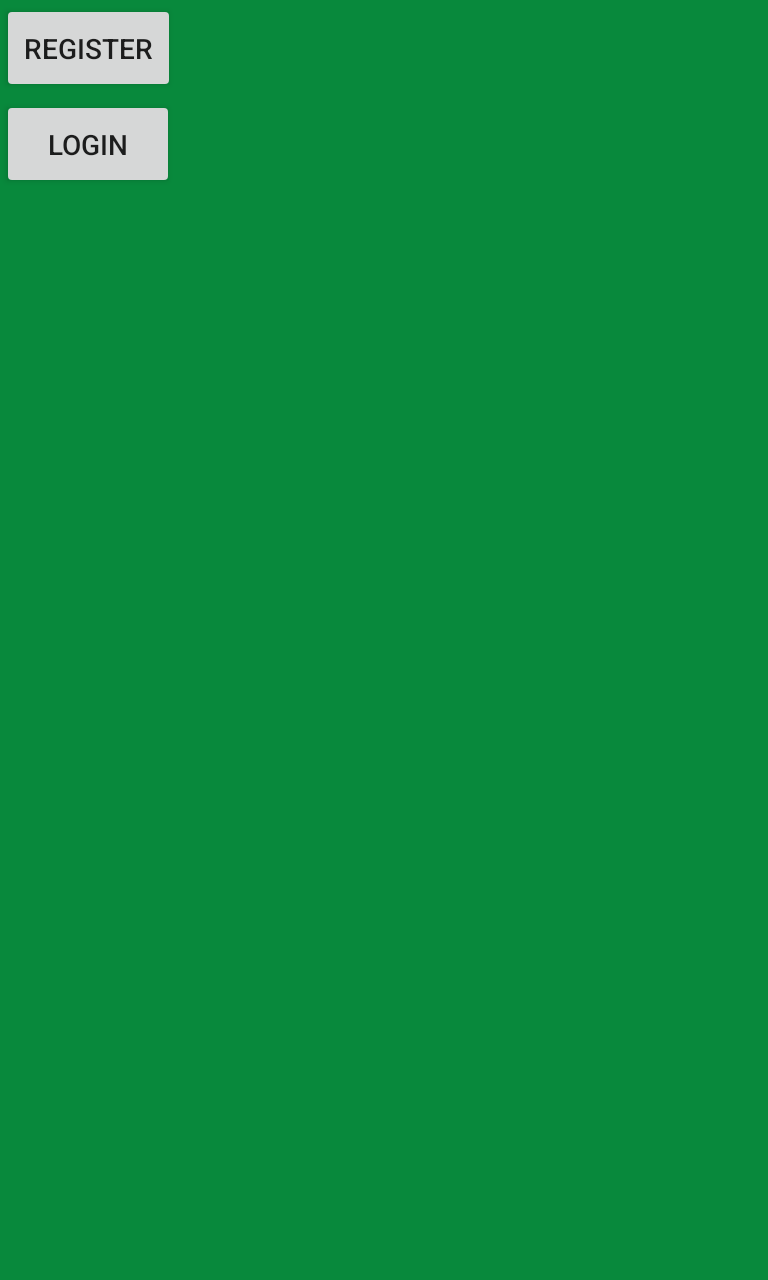
Repository: janemuthoni/icon
Layout: Exam/res/layout/welcome.xml
An editor plug-in stored every save of this project. The layout is shown before and after the next save, followed by the edit.
It is drawn on a 768 x 1280 px phone screen (xhdpi) without system bars, with theme AppTheme; the app's code is not run.

Above is the layout before, as saved 2014-08-07 07:51:33.

### Exam/res/layout/welcome.xml
<?xml version="1.0" encoding="utf-8"?>
<LinearLayout xmlns:android="http://schemas.android.com/apk/res/android"
    android:layout_width="match_parent"
    android:layout_height="match_parent"
    android:orientation="vertical"
    android:background="@color/greengrass">

    <Button
        android:id="@+id/buttonregister"
        android:layout_width="wrap_content"
        android:layout_height="wrap_content"
        android:text="@string/buttonregister" />

    <Button
        android:id="@+id/buttonlogin"
        android:layout_width="wrap_content"
        android:layout_height="wrap_content"
        android:text="@string/buttonLogin" />

</LinearLayout>

### Exam/res/values/color.xml
<?xml version="1.0" encoding="utf-8"?>
<resources>
     <color name="grey">#A49F99</color>
      <color name="blue">#170674</color>
      <color name="green">#C81B1B</color>
      <color name="lightgreen">#7FDC33</color>
      <color name="darkgrey">#666D61</color>
      <color name="white">#FFFFFF</color>
      <color name="black">#1F1D1D</color>
      <color name="pink">#E1FBA2F7</color>
      <color name="lightgrey">#EBE0E3</color>
      <color name="cyan">#5CAD7C</color>
      <color name="greengrass">#08893C</color>
      <color name="yellow">#FDFF4F</color>
      <color name="violet">#7D0E2F</color>


</resources>

### Exam/res/values/strings.xml
<?xml version="1.0" encoding="utf-8"?>
<resources>

    <string name="app_name">Exam</string>
    <string name="hello_world">Hello world!</string>
    <string name="action_settings">Settings</string>
    <string name="firstname">firstname</string>
    <string name="email">email</string>
    <string name="idnumber">idnumber</string>
    <string name="password">password</string>
    <string name="Username">username</string>
    <string name="buttonregister">Register</string>
    <string name="buttonLogin">Login</string>
    <string name="buttonback">back</string>
    <string name="btndisplay">display</string>
    <string name="title_activity_register">RegisterActivity</string>
    <string name="title_activity_main">MainActivity</string>

</resources>

Loaded but not shown: Exam/res/values/styles.xml (common file); Exam/res/values-v11/styles.xml (common file); Exam/res/values-v14/styles.xml (common file)

After the next save:
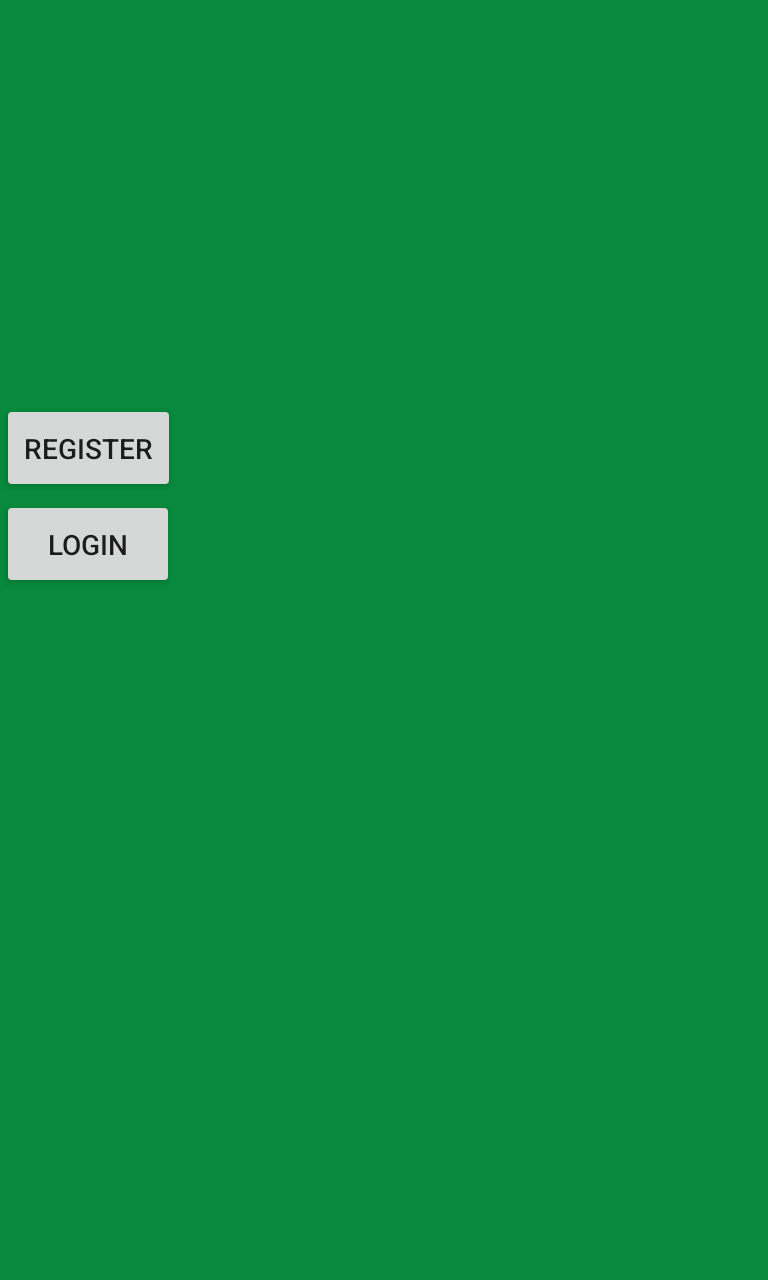
Saved 24 s later.
--- a/Exam/res/layout/welcome.xml
+++ b/Exam/res/layout/welcome.xml
@@ -9,7 +9,8 @@
         android:id="@+id/buttonregister"
         android:layout_width="wrap_content"
         android:layout_height="wrap_content"
-        android:text="@string/buttonregister" />
+        android:text="@string/buttonregister"
+        android:layout_marginTop="200dp"/>
 
     <Button
         android:id="@+id/buttonlogin"
